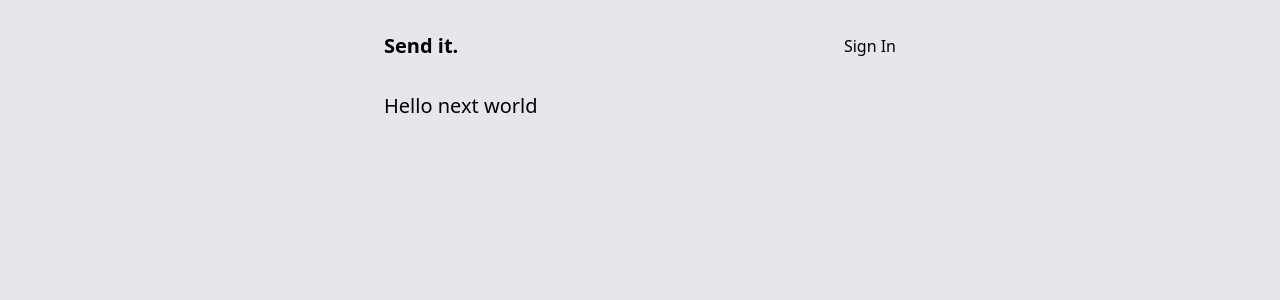
Repository: AMT98/SEND-IT
Page: /
The author's editor kept a copy of each file at every save. The page is drawn from the files as they stood at one save, then again after the next save.
The browser window is 1280 px wide. The pictures show the whole page.
The project was rebuilt for these pictures with package versions that can differ from the ones it lists, and the page was loaded fresh each time. The framework's server and built-in components were replaced by stand-ins that run in the browser. Also part of the build but not shown: next.config.js.

Above is the page before, as saved 2023-02-14 11:30:25.

After the next save:
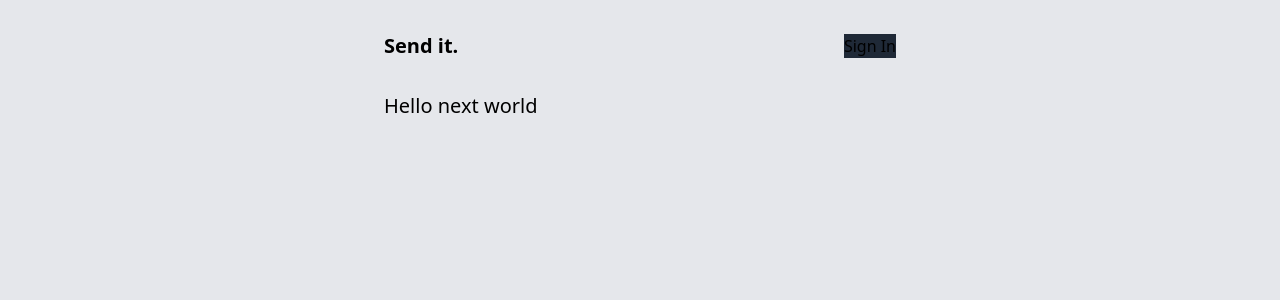
Saved 8 s later.
--- a/app/auth/Login.tsx
+++ b/app/auth/Login.tsx
@@ -4,7 +4,7 @@ import { signIn } from "next-auth/react";
 export default function Login() {
   return (
     <li className="list-none">
-      <button onClick={() => signIn()} className="text-md text ">
+      <button onClick={() => signIn()} className="text-md bg-gray-800">
         Sign In
       </button>
     </li>
